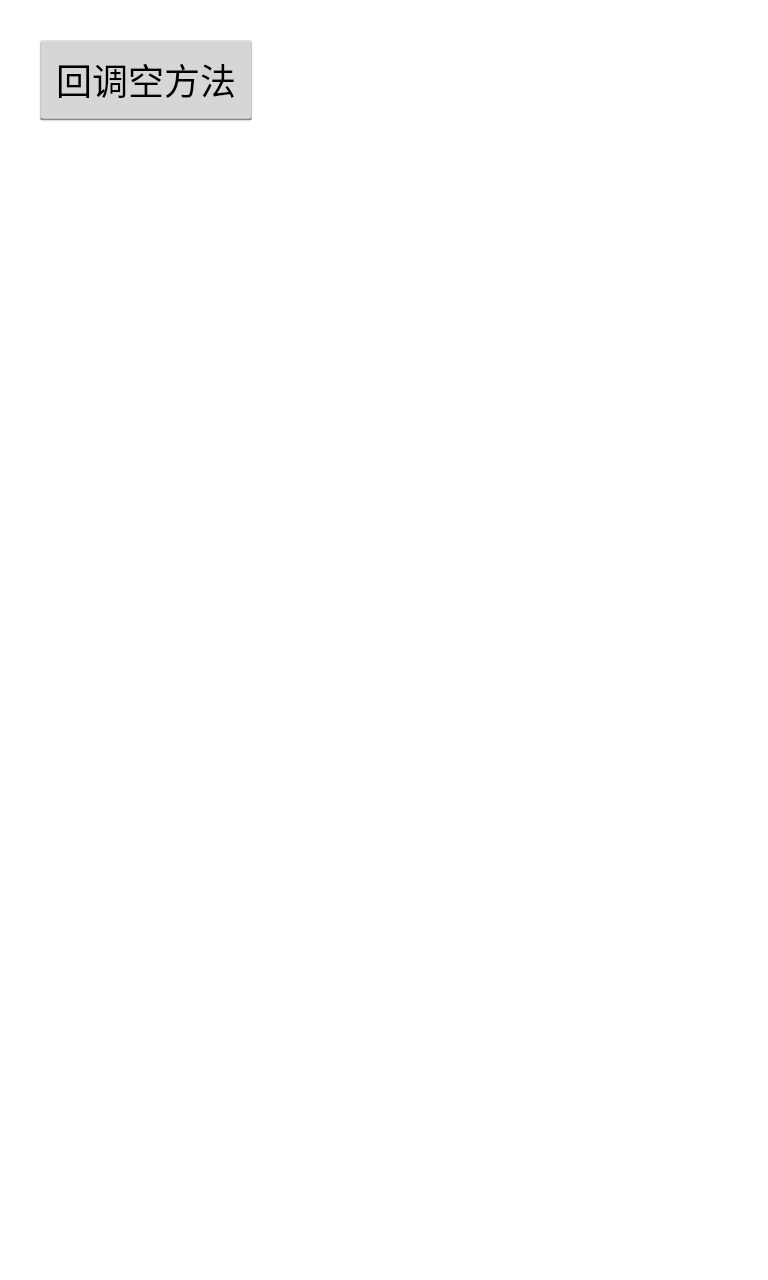
Repository: xfhy/Usually-learn-Android
Layout: JNI/4_C回调java方法/res/layout/activity_main.xml
An editor plug-in stored every save of this project. The layout is shown before and after the next save, followed by the edit.
It is drawn on a 768 x 1280 px phone screen (xhdpi) without system bars, with theme AppTheme; the app's code is not run.

Above is the layout before, as saved 2017-04-08 15:00:17.

### JNI/4_C回调java方法/res/layout/activity_main.xml
<RelativeLayout xmlns:android="http://schemas.android.com/apk/res/android"
    xmlns:tools="http://schemas.android.com/tools"
    android:layout_width="match_parent"
    android:layout_height="match_parent"
    android:paddingBottom="@dimen/activity_vertical_margin"
    android:paddingLeft="@dimen/activity_horizontal_margin"
    android:paddingRight="@dimen/activity_horizontal_margin"
    android:paddingTop="@dimen/activity_vertical_margin"
    tools:context="com.xfhy.callbackjava.MainActivity$PlaceholderFragment" >

    <Button
        android:id="@+id/bt_callbackvoid"
        android:layout_width="wrap_content"
        android:layout_height="wrap_content"
        android:text="回调空方法" />

</RelativeLayout>

Loaded but not shown: JNI/4_C回调java方法/res/values/styles.xml (common file); JNI/4_C回调java方法/res/values-v11/styles.xml (common file); JNI/4_C回调java方法/res/values-v14/styles.xml (common file); JNI/4_C回调java方法/res/values/dimens.xml (common file); JNI/4_C回调java方法/res/values-w820dp/dimens.xml (common file)

After the next save:
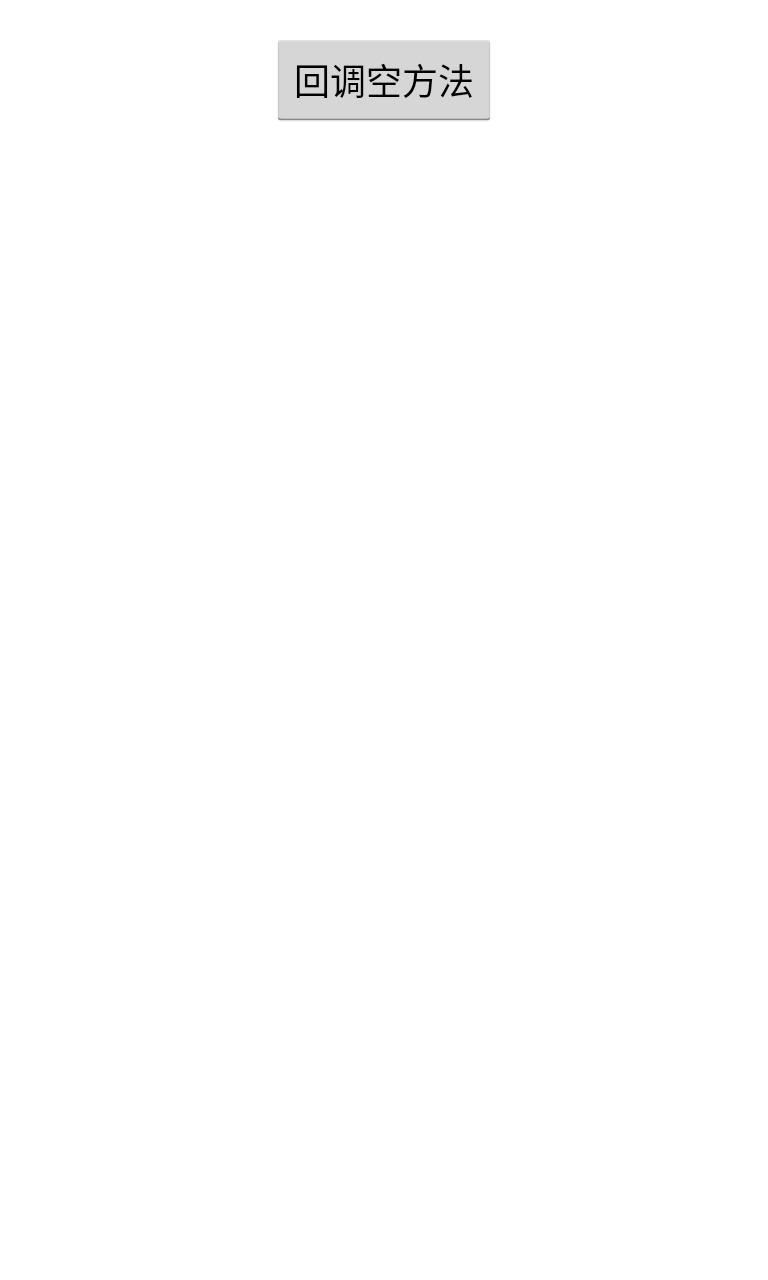
Saved 10 h 26 min later.
--- a/JNI/4_C回调java方法/res/layout/activity_main.xml
+++ b/JNI/4_C回调java方法/res/layout/activity_main.xml
@@ -1,11 +1,10 @@
-<RelativeLayout xmlns:android="http://schemas.android.com/apk/res/android"
+<LinearLayout xmlns:android="http://schemas.android.com/apk/res/android"
     xmlns:tools="http://schemas.android.com/tools"
     android:layout_width="match_parent"
     android:layout_height="match_parent"
-    android:paddingBottom="@dimen/activity_vertical_margin"
-    android:paddingLeft="@dimen/activity_horizontal_margin"
-    android:paddingRight="@dimen/activity_horizontal_margin"
-    android:paddingTop="@dimen/activity_vertical_margin"
+    android:orientation="vertical"
+    android:padding="16dp"
+    android:gravity="center_horizontal"
     tools:context="com.xfhy.callbackjava.MainActivity$PlaceholderFragment" >
 
     <Button
@@ -14,4 +13,4 @@
         android:layout_height="wrap_content"
         android:text="回调空方法" />
 
-</RelativeLayout>
+</LinearLayout>
